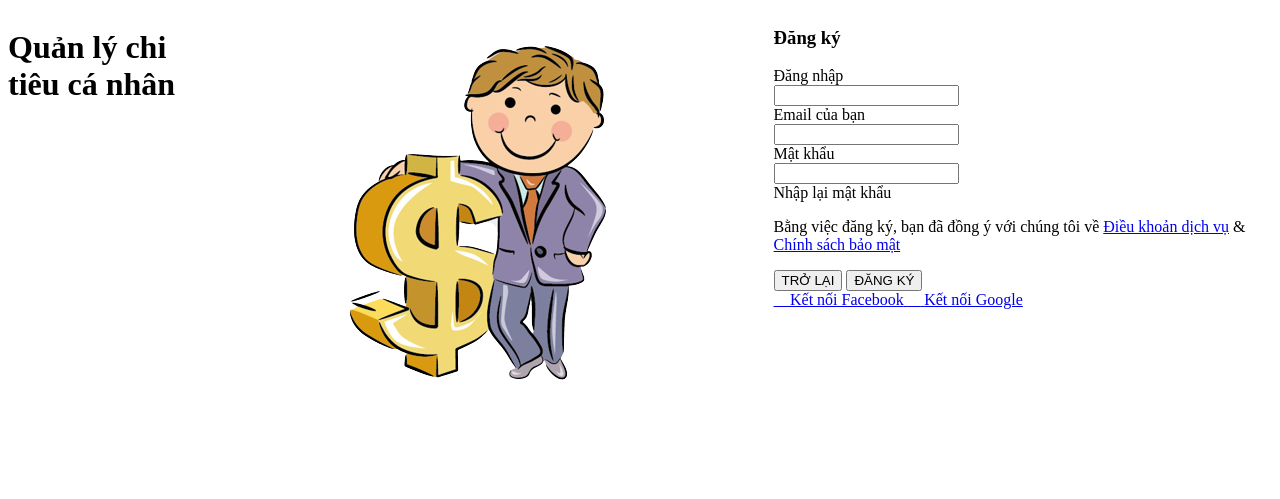
Repository: ximvhs/sochitieu
Page: login.html
These files come from the project's save history. The page is drawn as it stood at one moment and after a run of saves; the edit follows.
The browser window is 1280 px wide. The pictures show the whole page.
Some web fonts or font styles are not loaded; a fallback is used.

Above is the page before, as saved 2023-04-05 09:57:21.

### login.html
<!DOCTYPE html>
<html lang="en">
<head>
    <meta charset="UTF-8">
    <meta http-equiv="X-UA-Compatible" content="IE=edge">
    <meta name="viewport" content="width=device-width, initial-scale=1.0">
    <title>Đăng nhập</title>
    <link rel="stylesheet" href="./assets/css/login.css">
    <link rel="stylesheet" href="./assets/css/grid.css">
    <link rel="stylesheet" href="./assets/css/resets.css">
    <link rel="stylesheet" href="./assets/css/responsive.css">
    <link rel="stylesheet" href="./themify-icons-font/themify-icons/themify-icons.css">
    <link rel="stylesheet" href="https://fonts.googleapis.com/css2?family=Material+Symbols+Outlined:opsz,wght,FILL,GRAD@20..48,100..700,0..1,-50..200" />
    <link rel="preconnect" href="https://fonts.googleapis.com">
    <link rel="preconnect" href="https://fonts.gstatic.com" crossorigin>
    <link href="https://fonts.googleapis.com/css2?family=Dongle:wght@700&display=swap" rel="stylesheet">
    <link rel="stylesheet" href="https://stackpath.bootstrapcdn.com/font-awesome/4.7.0/css/font-awesome.min.css"
    integrity="sha384-wvfXpqpZZVQGK6TAh5PVlGOfQNHSoD2xbE+QkPxCAFlNEevoEH3Sl0sibVcOQVnN" crossorigin="anonymous">
    <link rel="preconnect" href="https://fonts.gstatic.com">
    <link href="https://fonts.googleapis.com/css2?family=Open+Sans:ital,wght@0,400;0,600;0,700;0,800;1,400&display=swap"
    rel="stylesheet">
</head>
<body>
    <form action="">
        <div class="modal js-show_register">
                <div class="modal__body">
                    <div class="auth-form--left">
                        <H1>Quản lý chi tiêu cá nhân</H1>
                        <img src="./img/logo-login.png" alt="">
                    </div>
                    <div class="auth-form--right js-auth-form">
                        <div class="auth-form__container">
                            <div class="auth-form__header">
                                <h3 class="auth-form__heading">Đăng ký</h3>
                                <span class="auth-form__switch-btn js-login">Đăng nhập</span>
                            </div>

                            <div class="auth-form__form">
                                <div class="auth-form__group">
                                    <input type="text" class="auth-form__input" required placeholder=" ">
                                    <div class="form-label">Email của bạn</div>
                                </div>
                                <div class="auth-form__group">
                                    <input type="password" class="auth-form__input" required placeholder=" ">
                                    <div class="form-label">Mật khẩu</div>
                                </div>
                                <div class="auth-form__group">
                                    <input type="password" class="auth-form__input" required placeholder=" ">
                                    <div class="form-label">Nhập lại mật khẩu</div>
                                </div>
                            </div>

                            <div class="auth-form__aside">
                                <p class="auth-form__policy-text">
                                    Bằng việc đăng ký, bạn đã đồng ý với chúng tôi về
                                    <a href="#" class="auth-form__text-link">Điều khoản dịch vụ</a> &
                                    <a href="#" class="auth-form__text-link">Chính sách bảo mật</a>
                                </p>
                            </div>
                            <div class="auth-form__controls">
                                <button class="btn btn--normal auth-form__controls--back js-close">TRỞ LẠI</button>
                                <button class="btn btn--normal btn--primary">ĐĂNG KÝ</button>
                            </div>
                        </div>

                        <div class="auth-form__socials">
                            <a href="#" class="auth-form__socials--facebook btn btn--size-s btn--with-icon">
                                <i class="auth-form__socials-icon fab fa-facebook-square"></i>
                                <span class="auth-form__socials-text">Kết nối Facebook</span>
                            </a>
                            <a href="#" class="auth-form__socials--google btn btn--size-s btn--with-icon">
                                <i class="auth-form__socials-icon fab fa-google"></i>
                                <span class="auth-form__socials-text">Kết nối Google</span>
                            </a>
                        </div>
                    </div>
                </div>
        </div>
    </form>
</body>
</html>

### assets/css/login.css
.modal__body {
    display: flex;
    justify-content: space-between;
}

.auth-form--left {
    display: flex;
    w
}

### assets/css/grid.css
.grid {
    width: 100%;
    display: block;
    padding: 0;
}

.grid.wide {
    max-width: 1200px;
    margin: 0 auto;
}

.row {
    display: flex;
    flex-wrap: wrap;
    margin-left: -4px;
    margin-right: -4px;
}

.row.no-gutters {
    margin-left: 0;
    margin-right: 0;
}

.col {
    padding-left: 4px;
    padding-right: 4px;
}

.row.no-gutters .col {
    padding-left: 0;
    padding-right: 0;
}

.c-0 {
    display: none;
}

.c-1 {
    flex: 0 0 8.33333%;
    max-width: 8.33333%;
}

.c-2 {
    flex: 0 0 16.66667%;
    max-width: 16.66667%;
}

.c-3 {
    flex: 0 0 25%;
    max-width: 25%;
}

.c-4 {
    flex: 0 0 33.33333%;
    max-width: 33.33333%;
}

.c-5 {
    flex: 0 0 41.66667%;
    max-width: 41.66667%;
}

.c-6 {
    flex: 0 0 50%;
    max-width: 50%;
}

.c-7 {
    flex: 0 0 58.33333%;
    max-width: 58.33333%;
}

.c-8 {
    flex: 0 0 66.66667%;
    max-width: 66.66667%;
}

.c-9 {
    flex: 0 0 75%;
    max-width: 75%;
}

.c-10 {
    flex: 0 0 83.33333%;
    max-width: 83.33333%;
}

.c-11 {
    flex: 0 0 91.66667%;
    max-width: 91.66667%;
}

.c-12 {
    flex: 0 0 100%;
    max-width: 100%;
}

.c-o-1 {
    margin-left: 8.33333%;
}

.c-o-2 {
    margin-left: 16.66667%;
}

.c-o-3 {
    margin-left: 25%;
}

.c-o-4 {
    margin-left: 33.33333%;
}

.c-o-5 {
    margin-left: 41.66667%;
}

.c-o-6 {
    margin-left: 50%;
}

.c-o-7 {
    margin-left: 58.33333%;
}

.c-o-8 {
    margin-left: 66.66667%;
}

.c-o-9 {
    margin-left: 75%;
}

.c-o-10 {
    margin-left: 83.33333%;
}

.c-o-11 {
    margin-left: 91.66667%;
}

/* >= Tablet */
@media (min-width: 740px) {
    .row {
        margin-left: -8px;
        margin-right: -8px;
    }

    .col {
        padding-left: 8px;
        padding-right: 8px;
    }

    .m-0 {
        display: none;
    }

    .m-1,
    .m-2,
    .m-3,
    .m-4,
    .m-5,
    .m-6,
    .m-7,
    .m-8,
    .m-9,
    .m-10,
    .m-11,
    .m-12 {
        display: block;
    }

    .m-1 {
        flex: 0 0 8.33333%;
        max-width: 8.33333%;
    }

    .m-2 {
        flex: 0 0 16.66667%;
        max-width: 16.66667%;
    }

    .m-3 {
        flex: 0 0 25%;
        max-width: 25%;
    }

    .m-4 {
        flex: 0 0 33.33333%;
        max-width: 33.33333%;
    }

    .m-5 {
        flex: 0 0 41.66667%;
        max-width: 41.66667%;
    }

    .m-6 {
        flex: 0 0 50%;
        max-width: 50%;
    }

    .m-7 {
        flex: 0 0 58.33333%;
        max-width: 58.33333%;
    }

    .m-8 {
        flex: 0 0 66.66667%;
        max-width: 66.66667%;
    }

    .m-9 {
        flex: 0 0 75%;
        max-width: 75%;
    }

    .m-10 {
        flex: 0 0 83.33333%;
        max-width: 83.33333%;
    }

    .m-11 {
        flex: 0 0 91.66667%;
        max-width: 91.66667%;
    }

    .m-12 {
        flex: 0 0 100%;
        max-width: 100%;
    }

    .m-o-1 {
        margin-left: 8.33333%;
    }

    .m-o-2 {
        margin-left: 16.66667%;
    }

    .m-o-3 {
        margin-left: 25%;
    }

    .m-o-4 {
        margin-left: 33.33333%;
    }

    .m-o-5 {
        margin-left: 41.66667%;
    }

    .m-o-6 {
        margin-left: 50%;
    }

    .m-o-7 {
        margin-left: 58.33333%;
    }

    .m-o-8 {
        margin-left: 66.66667%;
    }

    .m-o-9 {
        margin-left: 75%;
    }

    .m-o-10 {
        margin-left: 83.33333%;
    }

    .m-o-11 {
        margin-left: 91.66667%;
    }
}

/* PC medium resolution > */
@media (min-width: 1113px) {
    .row {
        margin-left: -12px;
        margin-right: -12px;
    }

    .row.sm-gutter {
        margin-left: -5px;
        margin-right: -5px;
    }

    .col {
        padding-left: 12px;
        padding-right: 12px;
    }

    .row.sm-gutter .col {
        padding-left: 5px;
        padding-right: 5px;
    }

    .l-0 {
        display: none;
    }

    .l-1,
    .l-2,
    .l-2-4,
    .l-3,
    .l-4,
    .l-5,
    .l-6,
    .l-7,
    .l-8,
    .l-9,
    .l-10,
    .l-11,
    .l-12 {
        display: block;
    }

    .l-1 {
        flex: 0 0 8.33333%;
        max-width: 8.33333%;
    }

    .l-2 {
        flex: 0 0 16.66667%;
        max-width: 16.66667%;
    }

    .l-2-4 {
        flex: 0 0 20%;
        max-width: 20%;
    }

    .l-3 {
        flex: 0 0 25%;
        max-width: 25%;
    }

    .l-4 {
        flex: 0 0 33.33333%;
        max-width: 33.33333%;
    }

    .l-5 {
        flex: 0 0 41.66667%;
        max-width: 41.66667%;
    }

    .l-6 {
        flex: 0 0 50%;
        max-width: 50%;
    }

    .l-7 {
        flex: 0 0 58.33333%;
        max-width: 58.33333%;
    }

    .l-8 {
        flex: 0 0 66.66667%;
        max-width: 66.66667%;
    }

    .l-9 {
        flex: 0 0 75%;
        max-width: 75%;
    }

    .l-10 {
        flex: 0 0 83.33333%;
        max-width: 83.33333%;
    }

    .l-11 {
        flex: 0 0 91.66667%;
        max-width: 91.66667%;
    }

    .l-12 {
        flex: 0 0 100%;
        max-width: 100%;
    }

    .l-o-1 {
        margin-left: 8.33333%;
    }

    .l-o-2 {
        margin-left: 16.66667%;
    }

    .l-o-3 {
        margin-left: 25%;
    }

    .l-o-4 {
        margin-left: 33.33333%;
    }

    .l-o-5 {
        margin-left: 41.66667%;
    }

    .l-o-6 {
        margin-left: 50%;
    }

    .l-o-7 {
        margin-left: 58.33333%;
    }

    .l-o-8 {
        margin-left: 66.66667%;
    }

    .l-o-9 {
        margin-left: 75%;
    }

    .l-o-10 {
        margin-left: 83.33333%;
    }

    .l-o-11 {
        margin-left: 91.66667%;
    }
}

/* Tablet - PC low resolution */
@media (min-width: 740px) and (max-width: 1023px) {
    .wide {
        width: 644px;
    }
}

/* > PC low resolution */
@media (min-width: 1024px) and (max-width: 1239px) {
    .wide {
        width: 984px;
    }

    .wide .row {
        margin-left: -12px;
        margin-right: -12px;
    }

    .wide .row.sm-gutter {
        margin-left: -5px;
        margin-right: -5px;
    }

    .wide .col {
        padding-left: 12px;
        padding-right: 12px;
    }

    .wide .row.sm-gutter .col {
        padding-left: 5px;
        padding-right: 5px;
    }

    .wide .l-0 {
        display: none;
    }

    .wide .l-1,
    .wide .l-2,
    .wide .l-2-4,
    .wide .l-3,
    .wide .l-4,
    .wide .l-5,
    .wide .l-6,
    .wide .l-7,
    .wide .l-8,
    .wide .l-9,
    .wide .l-10,
    .wide .l-11,
    .wide .l-12 {
        display: block;
    }

    .wide .l-1 {
        flex: 0 0 8.33333%;
        max-width: 8.33333%;
    }

    .wide .l-2 {
        flex: 0 0 16.66667%;
        max-width: 16.66667%;
    }

    .wide .l-2-4 {
        flex: 0 0 20%;
        max-width: 20%;
    }

    .wide .l-3 {
        flex: 0 0 25%;
        max-width: 25%;
    }

    .wide .l-4 {
        flex: 0 0 33.33333%;
        max-width: 33.33333%;
    }

    .wide .l-5 {
        flex: 0 0 41.66667%;
        max-width: 41.66667%;
    }

    .wide .l-6 {
        flex: 0 0 50%;
        max-width: 50%;
    }

    .wide .l-7 {
        flex: 0 0 58.33333%;
        max-width: 58.33333%;
    }

    .wide .l-8 {
        flex: 0 0 66.66667%;
        max-width: 66.66667%;
    }

    .wide .l-9 {
        flex: 0 0 75%;
        max-width: 75%;
    }

    .wide .l-10 {
        flex: 0 0 83.33333%;
        max-width: 83.33333%;
    }

    .wide .l-11 {
        flex: 0 0 91.66667%;
        max-width: 91.66667%;
    }

    .wide .l-12 {
        flex: 0 0 100%;
        max-width: 100%;
    }

    .wide .l-o-1 {
        margin-left: 8.33333%;
    }

    .wide .l-o-2 {
        margin-left: 16.66667%;
    }

    .wide .l-o-3 {
        margin-left: 25%;
    }

    .wide .l-o-4 {
        margin-left: 33.33333%;
    }

    .wide .l-o-5 {
        margin-left: 41.66667%;
    }

    .wide .l-o-6 {
        margin-left: 50%;
    }

    .wide .l-o-7 {
        margin-left: 58.33333%;
    }

    .wide .l-o-8 {
        margin-left: 66.66667%;
    }

    .wide .l-o-9 {
        margin-left: 75%;
    }

    .wide .l-o-10 {
        margin-left: 83.33333%;
    }

    .wide .l-o-11 {
        margin-left: 91.66667%;
    }
}

Loaded but not shown: assets/css/resets.css (no stored copy; drawn as an empty file); assets/css/responsive.css (no stored copy; drawn as an empty file)

After the next 4 saves:
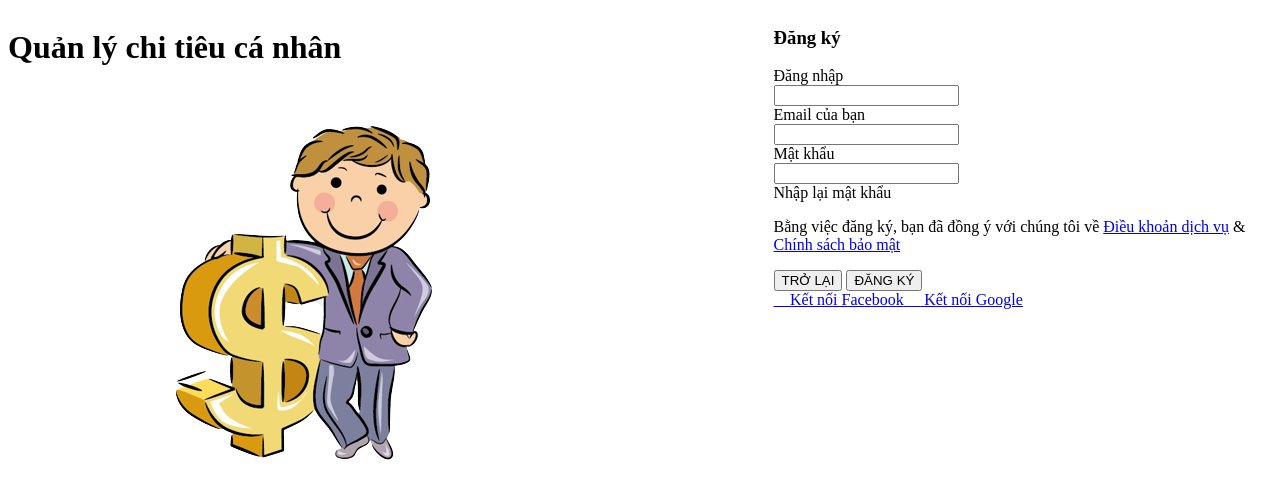
The 4 saves are shown as one change because they came seconds apart.
The last was saved 13 s later.
--- a/assets/css/login.css
+++ b/assets/css/login.css
@@ -5,5 +5,5 @@
 
 .auth-form--left {
     display: flex;
-    w
+    flex-wrap: wrap;
 }
